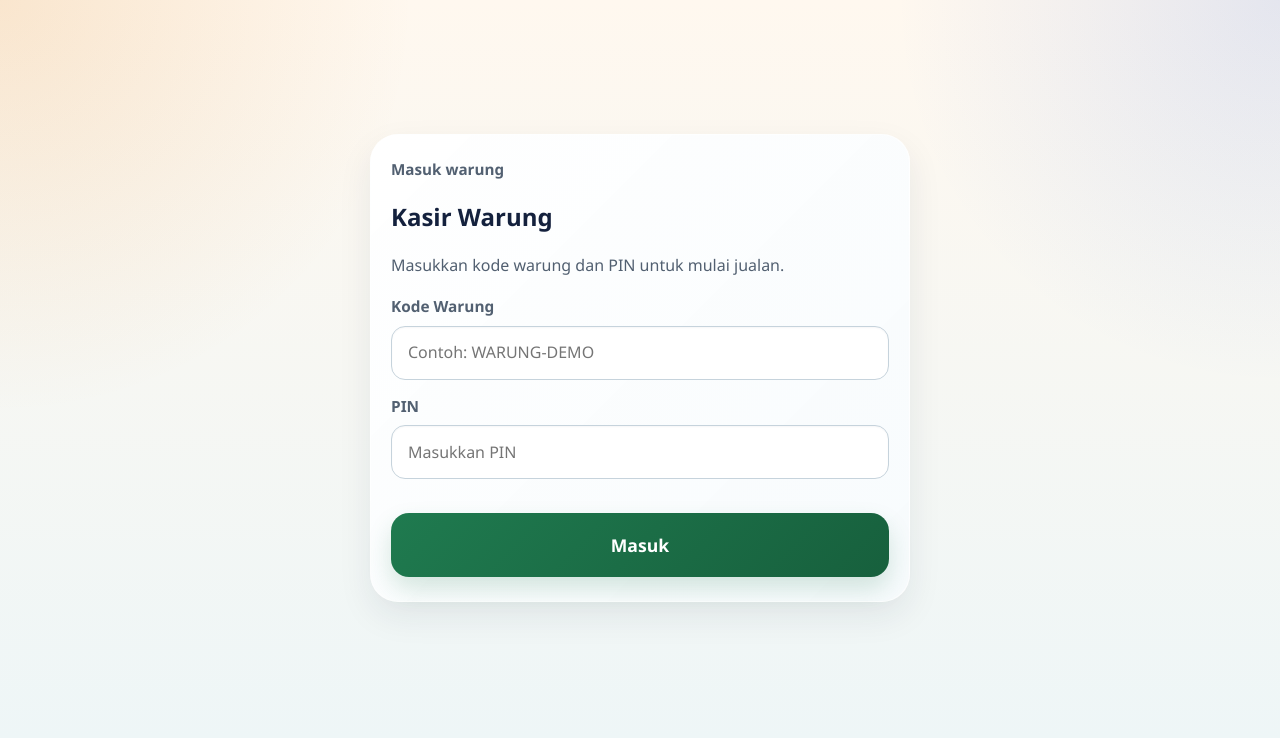
Repository: diritditdit07/warung-pintar
Page: /
An editor plug-in stored every save of this project. The page is shown before and after the next save, followed by the edit.
The browser window is 1280 px wide. The pictures show the whole page.
The project was rebuilt for these pictures with package versions that can differ from the ones it lists, and the page was loaded fresh each time. Also part of the build but not shown: vite.config.js, src/components/AddStorePage.jsx, src/components/ScreenLayout.jsx, src/components/ExpensePage.jsx, src/utils/currency.js, src/components/HomeDashboard.jsx, src/components/ProductPage.jsx, src/components/ReportPage.jsx and 2 more.

Above is the page before, as saved 2026-04-08 11:21:34.

### index.html
<!doctype html>
<html lang="id">
  <head>
    <meta charset="UTF-8" />
    <meta name="viewport" content="width=device-width, initial-scale=1.0" />
    <meta name="theme-color" content="#f97316" />
    <meta name="description" content="Kasir offline sederhana untuk warung makanan kecil." />
    <title>Warung Pintar Kasir</title>
  </head>
  <body>
    <div id="root"></div>
    <script type="module" src="/src/main.jsx"></script>
  </body>
  </html>

### src/main.jsx
import React from 'react';
import ReactDOM from 'react-dom/client';
import { registerSW } from 'virtual:pwa-register';
import App from './App';
import './index.css';

registerSW({
  immediate: true
});

ReactDOM.createRoot(document.getElementById('root')).render(
  <React.StrictMode>
    <App />
  </React.StrictMode>
);

### src/index.css
:root {
  --bg-top: #fff8ef;
  --bg-bottom: #eef6f7;
  --surface: rgba(255, 255, 255, 0.94);
  --surface-strong: #ffffff;
  --surface-soft: #f8fafc;
  --border: #dbe4ea;
  --border-strong: #c6d3dc;
  --text-main: #14213d;
  --text-soft: #526071;
  --shadow-soft: 0 14px 34px rgba(20, 33, 61, 0.08);
  --shadow-card: 0 10px 24px rgba(20, 33, 61, 0.06);
  --accent-green: #1f7a4f;
  --accent-green-dark: #17603d;
  --accent-orange: #d97706;
  --accent-orange-dark: #b45309;
  --accent-blue: #2563eb;
  --accent-blue-dark: #1d4ed8;
  --accent-cream: #fff7e8;
  --accent-mint: #edf8f1;
  font-family: 'Segoe UI', Tahoma, Geneva, Verdana, sans-serif;
  color: var(--text-main);
  background:
    radial-gradient(circle at top left, rgba(217, 119, 6, 0.14), transparent 28%),
    radial-gradient(circle at top right, rgba(37, 99, 235, 0.12), transparent 26%),
    linear-gradient(180deg, var(--bg-top) 0%, var(--bg-bottom) 100%);
  font-synthesis: none;
  text-rendering: optimizeLegibility;
  -webkit-font-smoothing: antialiased;
  -moz-osx-font-smoothing: grayscale;
  line-height: 1.4;
}

* {
  box-sizing: border-box;
}

html,
body,
#root {
  min-height: 100%;
  margin: 0;
}

body {
  min-height: 100vh;
  font-size: 16px;
  color: var(--text-main);
}

button,
input {
  font: inherit;
}

button {
  border: none;
  cursor: pointer;
}

button:focus-visible,
input:focus-visible {
  outline: 3px solid var(--accent-blue);
  outline-offset: 3px;
}

.app-shell {
  min-height: 100vh;
  padding: 22px 14px 32px;
}

.app-frame {
  width: min(100%, 540px);
  margin: 0 auto;
}

.login-shell {
  min-height: calc(100vh - 44px);
  display: grid;
  align-items: center;
}

.login-card {
  padding: 24px 20px;
  border-radius: 28px;
  background: linear-gradient(135deg, rgba(255, 255, 255, 0.96), rgba(247, 251, 253, 0.98));
  border: 1px solid rgba(255, 255, 255, 0.75);
  box-shadow: var(--shadow-soft);
}

.login-card__subtitle {
  margin: 10px 0 20px;
  color: var(--text-soft);
  font-size: 1rem;
}

.form-error {
  margin: 0;
  padding: 10px 12px;
  border-radius: 12px;
  background: #fff1f2;
  color: #be123c;
  border: 1px solid #fecdd3;
  font-size: 0.92rem;
}

.app-toast {
  position: sticky;
  top: 14px;
  z-index: 20;
  width: min(100%, 540px);
  margin: 0 auto 12px;
  padding: 12px 14px;
  border-radius: 14px;
  background: rgba(20, 33, 61, 0.94);
  color: #ffffff;
  text-align: center;
  font-size: 0.95rem;
  font-weight: 600;
  box-shadow: 0 14px 30px rgba(20, 33, 61, 0.2);
}

.app-sync-banner {
  width: min(100%, 540px);
  margin: 0 auto 10px;
  padding: 10px 12px;
  border-radius: 14px;
  background: #fff7ed;
  border: 1px solid #fed7aa;
  color: #9a3412;
  font-size: 0.92rem;
  font-weight: 600;
}

.app-sync-banner--info {
  background: #eff6ff;
  border-color: #bfdbfe;
  color: #1d4ed8;
}

.hero-card,
.screen-card,
.summary-card,
.report-card {
  border-radius: 24px;
  box-shadow: var(--shadow-soft);
}

.hero-card,
.screen-card {
  background: var(--surface);
  border: 1px solid rgba(255, 255, 255, 0.75);
  backdrop-filter: blur(10px);
}

.hero-card {
  position: relative;
  overflow: hidden;
  padding: 24px 20px;
  background:
    radial-gradient(circle at top right, rgba(255, 255, 255, 0.42), transparent 34%),
    linear-gradient(135deg, #fffdf9 0%, #f7fbff 100%);
}

.hero-card::after {
  content: '';
  position: absolute;
  inset: auto -24px -28px auto;
  width: 120px;
  height: 120px;
  border-radius: 999px;
  background: radial-gradient(circle, rgba(37, 99, 235, 0.14), transparent 68%);
  pointer-events: none;
}

.eyebrow {
  margin: 0 0 8px;
  font-size: 0.95rem;
  font-weight: 600;
  color: var(--text-soft);
}

.hero-card h1,
.screen-card h2 {
  margin: 0;
  font-size: clamp(1.7rem, 4.8vw, 2.2rem);
  line-height: 1.15;
  color: var(--text-main);
}

.hero-card__label,
.screen-card p,
.report-card span,
.field-block span,
.summary-card span {
  color: var(--text-soft);
}

.hero-card__label {
  margin: 18px 0 8px;
  font-size: 1rem;
  font-weight: 600;
}

.hero-card__amount {
  display: block;
  font-size: clamp(2.1rem, 7vw, 2.9rem);
  color: var(--accent-green-dark);
}

.hero-meta {
  display: flex;
  flex-wrap: wrap;
  gap: 8px;
  margin-top: 12px;
}

.hero-meta span,
.settings-info-card span,
.settings-info-card strong {
  display: inline-flex;
  align-items: center;
  min-height: 32px;
  padding: 0 12px;
  border-radius: 999px;
  background: rgba(255, 255, 255, 0.8);
  border: 1px solid var(--border);
  color: var(--text-soft);
  font-size: 0.9rem;
}

.settings-info-card strong {
  color: var(--text-main);
}

.main-actions {
  display: grid;
  gap: 12px;
  margin-top: 18px;
}

.home-dashboard {
  display: grid;
  gap: 14px;
}

.secondary-actions {
  display: grid;
  grid-template-columns: 1fr 1fr;
  gap: 10px;
}

.main-action,
.product-button,
.pay-button,
.save-button,
.back-button {
  min-height: 64px;
  border-radius: 18px;
  font-weight: 700;
  transition: transform 150ms ease, box-shadow 150ms ease, filter 150ms ease;
}

.main-action:active,
.product-button:active,
.pay-button:active,
.save-button:active,
.back-button:active {
  transform: scale(0.98);
}

.main-action {
  padding: 16px 18px;
  font-size: 1.35rem;
  color: #ffffff;
  box-shadow: 0 12px 24px rgba(20, 33, 61, 0.14);
}

.main-action:hover,
.secondary-action:hover,
.product-button:hover,
.report-filter-button:hover,
.product-edit-button:hover,
.save-button:hover,
.back-button:hover {
  filter: brightness(1.02);
}

.main-action--sales {
  background: linear-gradient(135deg, var(--accent-green), var(--accent-green-dark));
}

.main-action--expense {
  background: linear-gradient(135deg, var(--accent-orange), var(--accent-orange-dark));
}

.main-action--report {
  background: linear-gradient(135deg, var(--accent-blue), var(--accent-blue-dark));
}

.secondary-action,
.cancel-button,
.product-edit-button {
  min-height: 52px;
  border-radius: 16px;
  font-weight: 600;
}

.secondary-action {
  width: 100%;
  background: rgba(255, 255, 255, 0.9);
  color: var(--text-main);
  border: 1px solid var(--border);
  font-size: 1rem;
  box-shadow: var(--shadow-card);
}

.screen-card {
  padding: 20px;
}

.screen-card__header {
  display: grid;
  gap: 12px;
  margin-bottom: 20px;
}

.back-button {
  width: 120px;
  min-height: 48px;
  background: linear-gradient(135deg, #23324f, #14213d);
  color: #ffffff;
  font-size: 0.95rem;
}

.screen-card p {
  margin: 6px 0 0;
  font-size: 1rem;
}

.product-grid {
  display: grid;
  grid-template-columns: repeat(2, minmax(0, 1fr));
  gap: 12px;
}

.product-button {
  display: grid;
  align-content: space-between;
  padding: 14px;
  min-height: 108px;
  text-align: left;
  background: linear-gradient(180deg, #fffdfa 0%, var(--accent-cream) 100%);
  color: var(--text-main);
  border: 1px solid #f3d4a6;
  box-shadow: var(--shadow-card);
}

.product-button span {
  font-size: 1.02rem;
  line-height: 1.25;
}

.product-button strong,
.summary-card strong,
.report-card strong {
  font-size: 1.1rem;
  color: var(--text-main);
}

.summary-card {
  margin-top: 18px;
  padding: 18px;
  background: var(--surface-strong);
  border: 1px solid var(--border);
}

.report-filter-list {
  display: grid;
  grid-template-columns: repeat(2, 1fr);
  gap: 8px;
  margin-bottom: 16px;
}

.report-custom-range {
  display: grid;
  grid-template-columns: 1fr;
  gap: 12px;
  margin-bottom: 16px;
}

.report-filter-button {
  min-height: 42px;
  padding: 8px 10px;
  border-radius: 12px;
  background: rgba(255, 255, 255, 0.85);
  color: var(--text-soft);
  font-size: 0.92rem;
  font-weight: 600;
  border: 1px solid var(--border);
  box-shadow: var(--shadow-card);
}

.report-filter-button--active {
  background: linear-gradient(135deg, var(--accent-blue), var(--accent-blue-dark));
  color: #ffffff;
  border-color: var(--accent-blue-dark);
}

.summary-card__row,
.cart-list__item {
  display: flex;
  align-items: center;
  justify-content: space-between;
  gap: 12px;
}

.cart-list__details {
  display: grid;
  gap: 4px;
  flex: 1;
}

.summary-card__row {
  font-size: 1rem;
}

.summary-card__row--total {
  margin-top: 16px;
  padding-top: 16px;
  border-top: 1px solid var(--border);
  font-size: 1.1rem;
}

.cart-list {
  display: grid;
  gap: 10px;
  margin-top: 14px;
}

.cart-list__item {
  padding: 12px 14px;
  border-radius: 16px;
  background: linear-gradient(180deg, #ffffff 0%, #f8fbfd 100%);
  border: 1px solid var(--border);
  font-size: 0.98rem;
  align-items: center;
  box-shadow: var(--shadow-card);
}

.cart-list__item--button {
  width: 100%;
  text-align: left;
  cursor: pointer;
}

.cart-list__item--button:active {
  transform: scale(0.99);
}

.cart-list__hint {
  color: var(--text-soft);
  font-size: 0.84rem;
  font-weight: 600;
}

.empty-state {
  margin: 0;
  padding: 16px;
  border-radius: 16px;
  text-align: center;
  background: linear-gradient(180deg, #ffffff 0%, #f8fbfd 100%);
  border: 1px dashed var(--border-strong);
  font-size: 1rem;
  color: var(--text-soft);
}

.pay-button,
.save-button {
  width: 100%;
  margin-top: 18px;
  background: linear-gradient(135deg, var(--accent-green), var(--accent-green-dark));
  color: #ffffff;
  font-size: 1.1rem;
  box-shadow: 0 12px 24px rgba(31, 122, 79, 0.18);
}

.pay-button:disabled {
  background: #cae8d6;
  color: #28593e;
  cursor: not-allowed;
  box-shadow: none;
}

.expense-form,
.report-list {
  display: grid;
  gap: 16px;
}

.product-form-card {
  padding: 16px;
  border-radius: 20px;
  background: linear-gradient(180deg, #ffffff 0%, #f7fbfd 100%);
  border: 1px solid var(--border);
  scroll-margin-top: 16px;
}

.settings-info-card {
  display: flex;
  flex-wrap: wrap;
  gap: 8px;
  margin-bottom: 14px;
}

.form-actions {
  display: grid;
  gap: 10px;
}

.edit-banner {
  padding: 10px 12px;
  border-radius: 14px;
  background: #e8f1ff;
  color: #20498a;
  font-size: 0.95rem;
  font-weight: 600;
  border: 1px solid #c8daf8;
}

.field-block {
  display: grid;
  gap: 8px;
}

.field-block span {
  font-size: 0.96rem;
  font-weight: 600;
}

.field-block input {
  min-height: 54px;
  padding: 0 16px;
  border-radius: 14px;
  border: 1px solid var(--border-strong);
  background: rgba(255, 255, 255, 0.98);
  font-size: 1rem;
  color: var(--text-main);
  box-shadow: inset 0 1px 2px rgba(20, 33, 61, 0.04);
}

.field-block input:focus {
  outline: 3px solid rgba(37, 99, 235, 0.16);
  border-color: var(--accent-blue);
}

.pin-input-grid {
  display: grid;
  grid-template-columns: repeat(4, minmax(64px, 1fr));
  gap: 12px;
}

.pin-input-box {
  min-height: 64px;
  border-radius: 18px;
  border: 1px solid var(--border-strong);
  background: rgba(255, 255, 255, 0.98);
  font-size: 1.6rem;
  font-weight: 700;
  color: var(--text-main);
  text-align: center;
  box-shadow: inset 0 1px 3px rgba(20, 33, 61, 0.08);
}

.pin-input-box:focus {
  outline: 3px solid rgba(37, 99, 235, 0.16);
  border-color: var(--accent-blue);
}

.report-card {
  padding: 18px;
  background: var(--surface-strong);
  border: 1px solid var(--border);
}

.report-detail-section {
  margin-top: 18px;
}

.report-detail-header {
  display: flex;
  align-items: center;
  justify-content: space-between;
  gap: 12px;
  margin-bottom: 10px;
}

.report-detail-header h3 {
  margin: 0;
  font-size: 1rem;
  color: var(--text-main);
}

.report-detail-header span {
  font-size: 0.9rem;
  color: var(--text-soft);
}

.report-entry-list {
  display: grid;
  gap: 10px;
}

.report-entry-card {
  padding: 14px;
  border-radius: 16px;
  background: linear-gradient(180deg, #ffffff 0%, #f8fbfd 100%);
  border: 1px solid var(--border);
  box-shadow: var(--shadow-card);
}

.report-entry-card__top {
  display: flex;
  align-items: center;
  justify-content: space-between;
  gap: 12px;
}

.report-entry-card__top strong {
  font-size: 1rem;
  color: var(--text-main);
}

.report-entry-card__top span {
  font-size: 0.85rem;
  color: var(--text-soft);
}

.report-entry-card p {
  margin: 8px 0 0;
  color: var(--text-soft);
  font-size: 0.95rem;
}

.product-list {
  margin-top: 18px;
}

.product-card {
  display: grid;
  gap: 12px;
}

.product-card--editing {
  border-color: var(--accent-blue);
  box-shadow: 0 0 0 2px rgba(37, 99, 235, 0.12), var(--shadow-card);
}

.cancel-button {
  width: 100%;
  background: #eef2f6;
  color: var(--text-main);
  font-size: 1rem;
  border: 1px solid var(--border);
}

.product-edit-button {
  width: 100%;
  background: linear-gradient(135deg, var(--accent-blue), var(--accent-blue-dark));
  color: #ffffff;
  font-size: 0.95rem;
  box-shadow: 0 10px 20px rgba(37, 99, 235, 0.14);
}

.report-card--profit {
  background: linear-gradient(135deg, #eefaf2, #dcf3e4);
  border-color: #b8ddc7;
}

.report-card:first-child {
  background: linear-gradient(135deg, #fffaf2, #fff2d8);
  border-color: #f3d8a5;
}

.report-card:nth-child(2) {
  background: linear-gradient(135deg, #f7faff, #e7f0ff);
  border-color: #c8daf8;
}

.report-card strong {
  letter-spacing: -0.02em;
}

.report-card span {
  display: block;
  margin-bottom: 8px;
  font-size: 0.96rem;
}

.report-card strong {
  font-size: 1.6rem;
  color: var(--text-main);
}

@media (min-width: 640px) {
  .app-shell {
    padding-top: 30px;
  }

  .screen-card__header {
    grid-template-columns: auto 1fr;
    align-items: start;
  }

  .product-grid {
    grid-template-columns: repeat(3, minmax(0, 1fr));
  }

  .report-filter-list {
    grid-template-columns: repeat(4, 1fr);
  }

  .report-custom-range {
    grid-template-columns: 1fr 1fr;
  }

  .product-card {
    grid-template-columns: 1fr 120px;
    align-items: center;
  }
}

### src/components/LoginPage.jsx
import PinInput from './PinInput';

export default function LoginPage({
  storeCode,
  pin,
  isSubmitting,
  errorMessage,
  onStoreCodeChange,
  onPinChange,
  onSubmit
}) {
  return (
    <section className="login-shell">
      <div className="login-card">
        <p className="eyebrow">Masuk warung</p>
        <h1>Kasir Warung</h1>
        <p className="login-card__subtitle">Masukkan kode warung dan PIN untuk mulai jualan.</p>

        <form className="expense-form" onSubmit={onSubmit}>
          <label className="field-block">
            <span>Kode Warung</span>
            <input
              type="text"
              autoCapitalize="characters"
              value={storeCode}
              onChange={(event) => onStoreCodeChange(event.target.value.toUpperCase())}
              placeholder="Contoh: WARUNG-DEMO"
            />
          </label>

          <label className="field-block">
            <span>PIN</span>
            <input
              type="password"
              inputMode="numeric"
              value={pin}
              onChange={(event) => onPinChange(event.target.value)}
              placeholder="Masukkan PIN"
            />
          </label>

          {errorMessage && <p className="form-error">{errorMessage}</p>}

          <button type="submit" className="save-button" disabled={isSubmitting}>
            {isSubmitting ? 'Masuk...' : 'Masuk'}
          </button>
        </form>
      </div>
    </section>
  );
}

### src/components/PinInput.jsx
import { useEffect, useRef } from 'react';

export default function PinInput({ value, onChange, disabled }) {
  const inputRefs = useRef([]);

  useEffect(() => {
    if (inputRefs.current[0]) {
      inputRefs.current[0].setAttribute('inputmode', 'numeric');
    }
  }, []);

  const focusInput = (index) => {
    const input = inputRefs.current[index];
    if (input) {
      input.focus();
      input.select();
    }
  };

  const handleChange = (event, index) => {
    const rawValue = event.target.value.replace(/\D/g, '');
    if (!rawValue) {
      const newValue = value.split('').map((digit, position) => (position === index ? '' : digit)).join('').slice(0, 4);
      onChange(newValue);
      return;
    }

    const digits = rawValue.split('');
    const currentDigits = value.split('').slice(0, 4);

    for (let i = currentDigits.length; i < 4; i += 1) {
      currentDigits.push('');
    }

    let nextIndex = index;
    digits.forEach((digit) => {
      if (nextIndex < 4) {
        currentDigits[nextIndex] = digit;
        nextIndex += 1;
      }
    });

    onChange(currentDigits.join('').slice(0, 4));

    if (nextIndex < 4) {
      focusInput(nextIndex);
    }
  };

  const handleKeyDown = (event, index) => {
    const { key } = event;

    if (key === 'Backspace') {
      if (value[index]) {
        const newValue = value.split('').map((digit, position) => (position === index ? '' : digit)).join('').slice(0, 4);
        onChange(newValue);
        return;
      }

      if (index > 0) {
        focusInput(index - 1);
        const newValue = value.split('').map((digit, position) => (position === index - 1 ? '' : digit)).join('').slice(0, 4);
        onChange(newValue);
      }
    }

    if (key === 'ArrowLeft' && index > 0) {
      focusInput(index - 1);
    }

    if (key === 'ArrowRight' && index < 3) {
      focusInput(index + 1);
    }
  };

  const handlePaste = (event, index) => {
    event.preventDefault();
    const pasted = event.clipboardData.getData('text/plain').replace(/\D/g, '').slice(0, 4 - index);
    if (!pasted) {
      return;
    }

    const currentDigits = value.split('').slice(0, 4);
    for (let i = currentDigits.length; i < 4; i += 1) {
      currentDigits.push('');
    }

    let nextIndex = index;
    pasted.split('').forEach((digit) => {
      if (nextIndex < 4) {
        currentDigits[nextIndex] = digit;
        nextIndex += 1;
      }
    });

    onChange(currentDigits.join('').slice(0, 4));
    if (nextIndex < 4) {
      focusInput(nextIndex);
    }
  };

  return (
    <div className="pin-input-grid">
      {[0, 1, 2, 3].map((index) => (
        <input
          key={index}
          ref={(el) => { inputRefs.current[index] = el; }}
          type="text"
          inputMode="numeric"
          pattern="[0-9]*"
          maxLength="1"
          className="pin-input-box"
          value={value[index] || ''}
          onChange={(event) => handleChange(event, index)}
          onKeyDown={(event) => handleKeyDown(event, index)}
          onPaste={(event) => handlePaste(event, index)}
          disabled={disabled}
          autoComplete="one-time-code"
        />
      ))}
    </div>
  );
}

Loaded but not shown: src/utils/date.js (125 lines, source omitted); src/utils/auth.js (87 lines, source omitted); src/utils/storage.js (69 lines, source omitted); src/utils/report.js (51 lines, source omitted); src/utils/api.js (55 lines, source omitted); src/utils/supabase.js (22 lines, source omitted); src/data/defaultProducts.js (8 lines, source omitted); src/App.jsx (520 lines, source omitted)

After the next save:
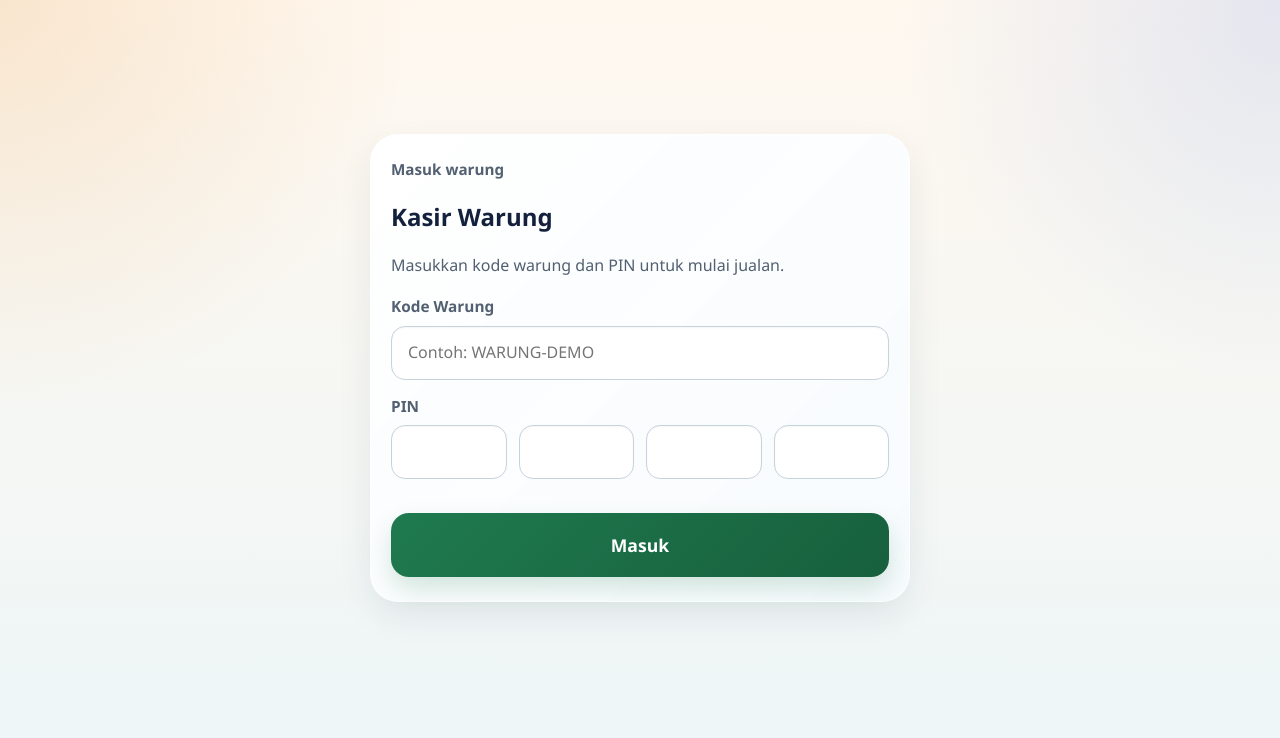
Saved 4 s later.
--- a/src/components/LoginPage.jsx
+++ b/src/components/LoginPage.jsx
@@ -30,13 +30,7 @@ export default function LoginPage({
 
           <label className="field-block">
             <span>PIN</span>
-            <input
-              type="password"
-              inputMode="numeric"
-              value={pin}
-              onChange={(event) => onPinChange(event.target.value)}
-              placeholder="Masukkan PIN"
-            />
+            <PinInput value={pin} onChange={onPinChange} />
           </label>
 
           {errorMessage && <p className="form-error">{errorMessage}</p>}
